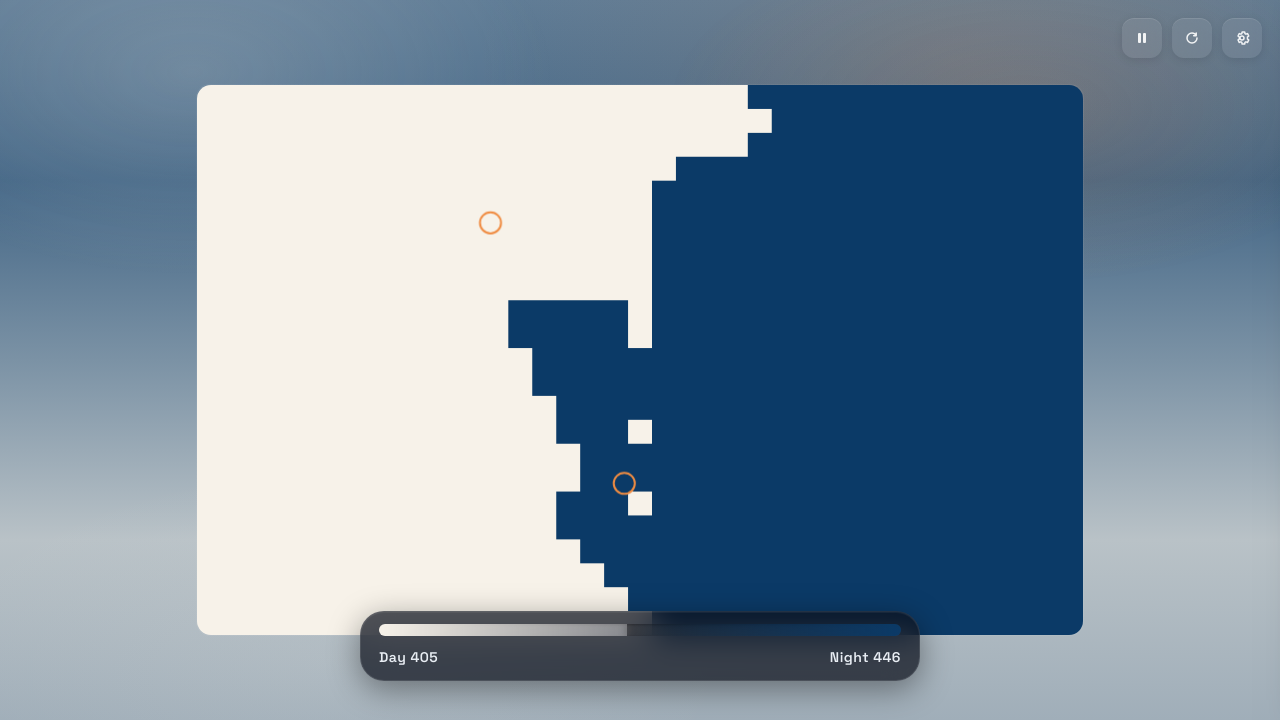
Repository: trevor050/pong
Page: index.html
An editor plug-in stored every save of this project. The page is shown before and after the next save, followed by the edit.
The browser window is 1280 px wide. The pictures show the whole page.

Above is the page before, as saved 2025-12-06 18:52:06.

After the next save:
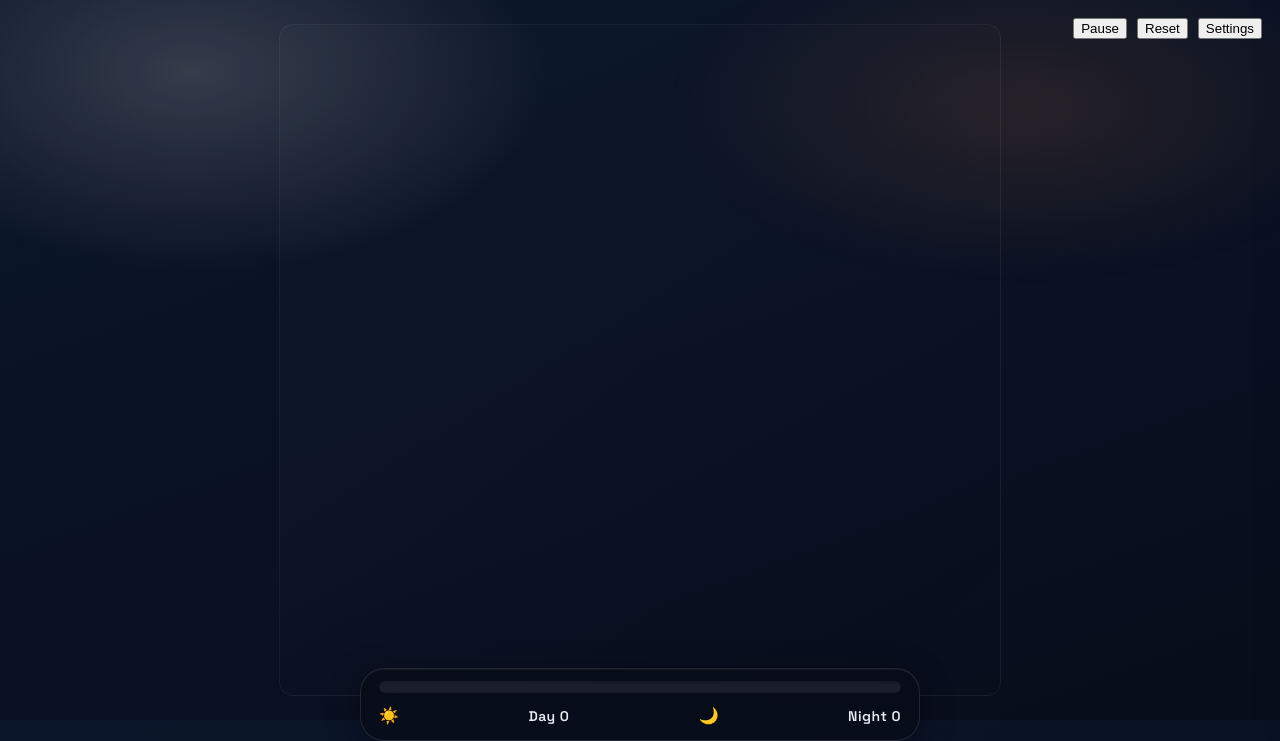
Console error: TypeError: Cannot read properties of null (reading 'addEventListener')
Saved 3 h 35 min later.
--- a/index.html
+++ b/index.html
@@ -16,23 +16,9 @@
 <body>
   <div class="bg"></div>
   <div class="chrome-controls">
-    <button id="playPauseBtn" class="icon-control" title="Play / Pause" aria-label="Pause">
-      <svg width="16" height="16" viewBox="0 0 16 16" fill="none" xmlns="http://www.w3.org/2000/svg">
-        <rect x="4" y="3" width="3" height="10" rx="1" fill="currentColor"/>
-        <rect x="9" y="3" width="3" height="10" rx="1" fill="currentColor"/>
-      </svg>
-    </button>
-    <button id="resetBtn" class="icon-control" title="Reset simulation" aria-label="Reset">
-      <svg width="16" height="16" viewBox="0 0 16 16" fill="none" xmlns="http://www.w3.org/2000/svg">
-        <path d="M13 8C13 10.7614 10.7614 13 8 13C5.23858 13 3 10.7614 3 8C3 5.23858 5.23858 3 8 3C9.8638 3 11.4299 4.10896 12.1999 5.7M12.1999 5.7V3M12.1999 5.7H9.7" stroke="currentColor" stroke-width="1.5" stroke-linecap="round" stroke-linejoin="round"/>
-      </svg>
-    </button>
-    <button id="configBtn" class="icon-control" aria-label="Open settings" title="Settings">
-      <svg width="16" height="16" viewBox="0 0 16 16" fill="none" xmlns="http://www.w3.org/2000/svg">
-        <path d="M8 10C9.10457 10 10 9.10457 10 8C10 6.89543 9.10457 6 8 6C6.89543 6 6 6.89543 6 8C6 9.10457 6.89543 10 8 10Z" stroke="currentColor" stroke-width="1.5"/>
-        <path d="M13.5 8C13.5 8.35 13.48 8.69 13.44 9.02L14.62 9.9C14.72 9.98 14.75 10.12 14.69 10.23L13.57 12.27C13.51 12.38 13.37 12.42 13.26 12.38L11.89 11.83C11.6 12.05 11.29 12.24 10.96 12.39L10.76 13.87C10.74 13.99 10.64 14.08 10.52 14.08H8.28C8.16 14.08 8.06 13.99 8.04 13.87L7.84 12.39C7.51 12.24 7.2 12.05 6.91 11.83L5.54 12.38C5.43 12.42 5.29 12.38 5.23 12.27L4.11 10.23C4.05 10.12 4.08 9.98 4.18 9.9L5.36 9.02C5.32 8.69 5.3 8.35 5.3 8C5.3 7.65 5.32 7.31 5.36 6.98L4.18 6.1C4.08 6.02 4.05 5.88 4.11 5.77L5.23 3.73C5.29 3.62 5.43 3.58 5.54 3.62L6.91 4.17C7.2 3.95 7.51 3.76 7.84 3.61L8.04 2.13C8.06 2.01 8.16 1.92 8.28 1.92H10.52C10.64 1.92 10.74 2.01 10.76 2.13L10.96 3.61C11.29 3.76 11.6 3.95 11.89 4.17L13.26 3.62C13.37 3.58 13.51 3.62 13.57 3.73L14.69 5.77C14.75 5.88 14.72 6.02 14.62 6.1L13.44 6.98C13.48 7.31 13.5 7.65 13.5 8Z" stroke="currentColor" stroke-width="1.5"/>
-      </svg>
-    </button>
+    <button id="playPauseBtn" class="chip" title="Play / Pause">Pause</button>
+    <button id="resetBtn" class="chip" title="Reset simulation">Reset</button>
+    <button id="configBtn" class="chip chip--accent" aria-label="Open settings" title="Settings">Settings</button>
   </div>
   <main class="shell">
     <div class="canvas-frame" id="canvasFrame">
@@ -43,8 +29,8 @@
           <div class="score-notch__night"></div>
         </div>
         <div class="score-notch__labels">
-          <span class="score" id="dayScoreLabel">Day 0</span>
-          <span class="score" id="nightScoreLabel">Night 0</span>
+          <span class="icon" title="Day territory">☀️</span><span class="score" id="dayScoreLabel">Day 0</span>
+          <span class="icon" title="Night territory">🌙</span><span class="score" id="nightScoreLabel">Night 0</span>
         </div>
       </div>
       <div class="drag-handle drag-handle--top" data-edge="top"></div>
@@ -68,8 +54,6 @@
       <select id="themeSelect"></select>
     </label>
 
-    <div class="field-spacer"></div>
-
     <div class="field grid">
       <label>
         <span>Day</span>
@@ -80,14 +64,6 @@
         <input type="color" id="nightColorInput" value="#0b3a67">
       </label>
     </div>
-
-    <label class="field">
-      <span>Ball style</span>
-      <select id="ballStyleSelect">
-        <option value="ring">Ring</option>
-        <option value="solid">Solid circle</option>
-      </select>
-    </label>
 
     <div class="field slider-field" title="Tile size / density">
       <div>
